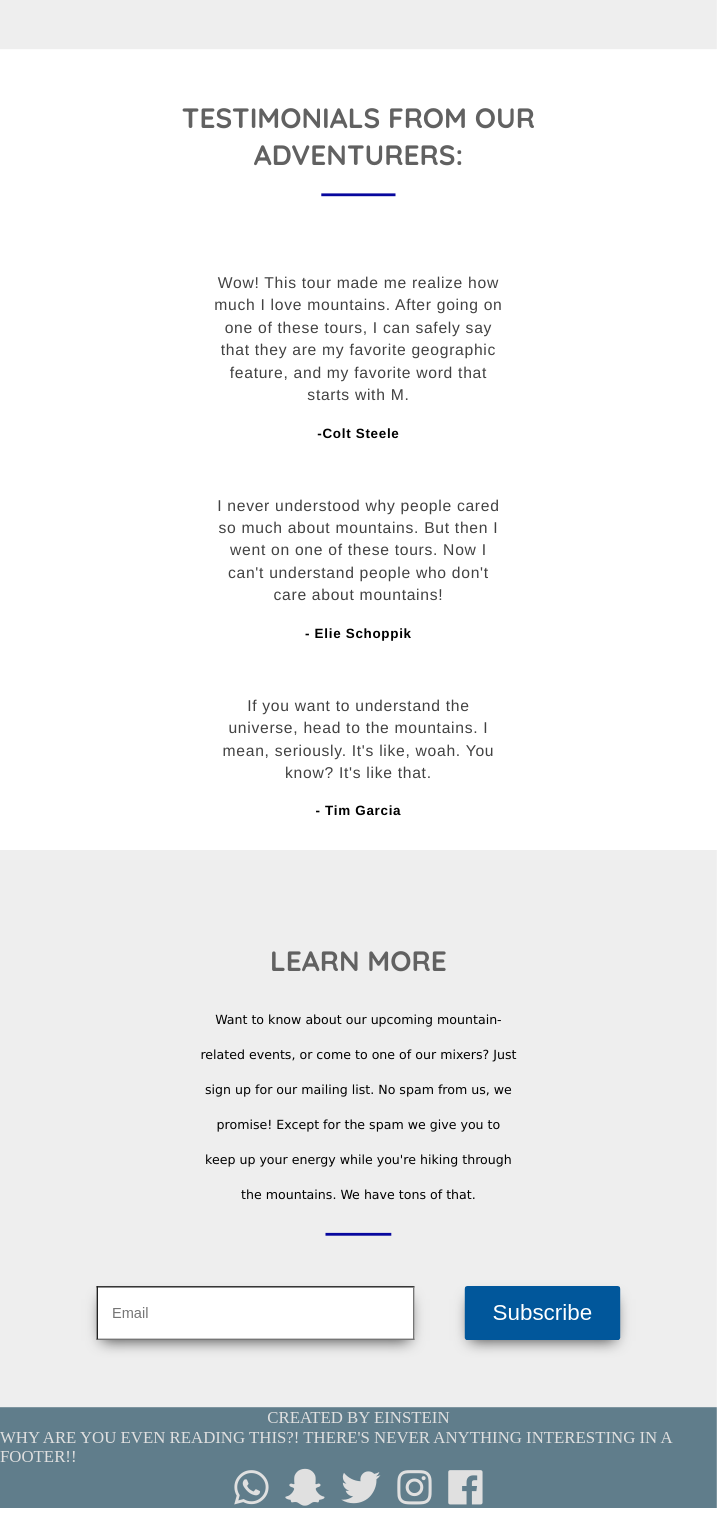
Repository: Einsteiniumeinsteinian/Advanced-CSS
Page: css-project-starter-code/index.html
An editor plug-in stored every save of this project. The page is shown before and after the next save, followed by the edit.
The browser window is 1024 px wide. The pictures show the part of the page from y = 3435 to 5675 px (the page is 5622 px tall before and 5675 px after), at 70% of full size.
Some web libraries are served in a nearby version.

Above is the page before, as saved 2021-09-02 14:00:33.

After the next save:
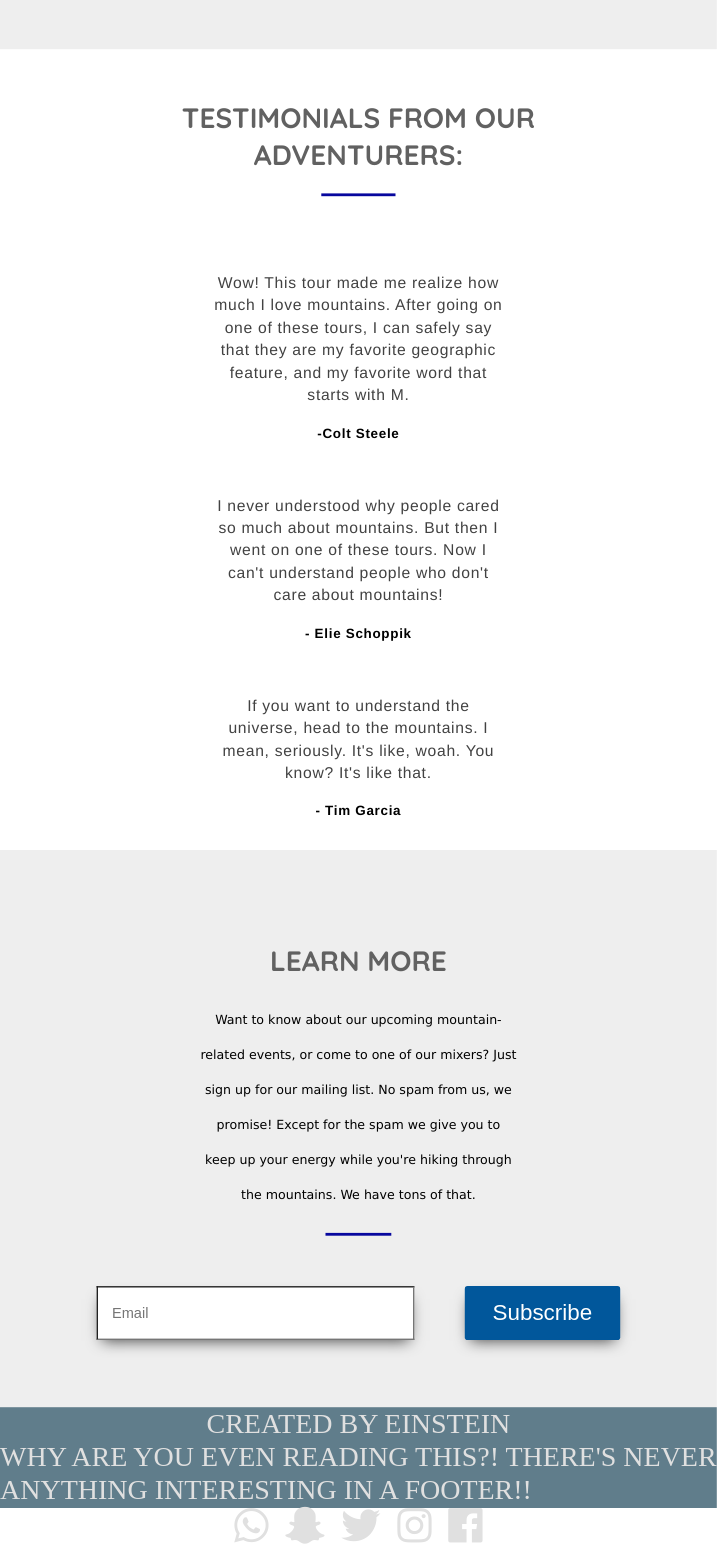
Saved 4 s later.
--- a/css-project-starter-code/assets/css/styles.css
+++ b/css-project-starter-code/assets/css/styles.css
@@ -370,7 +370,7 @@
 
 
 footer > p{
-  font-size: 1.5rem;
+  font-size: 2.5rem;
 }
 
 .icon-pack > i{

After the save that followed:
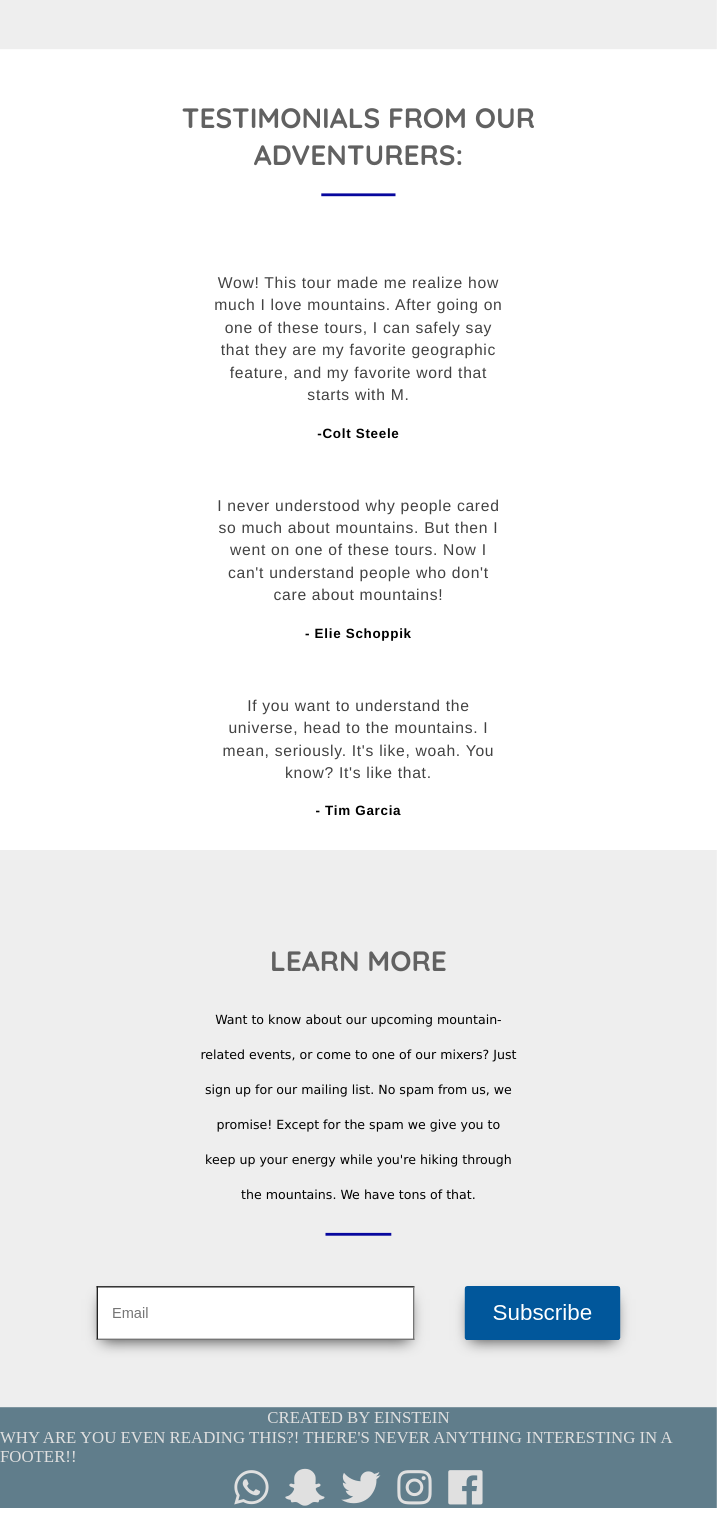
Saved 8 s later.
--- a/css-project-starter-code/assets/css/styles.css
+++ b/css-project-starter-code/assets/css/styles.css
@@ -370,7 +370,7 @@
 
 
 footer > p{
-  font-size: 2.5rem;
+  font-size: 1.5rem;
 }
 
 .icon-pack > i{
